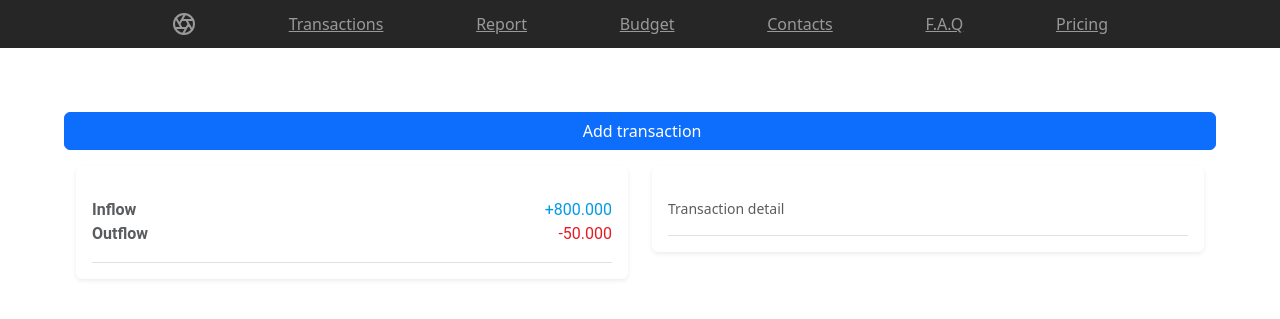
Repository: Nuriddinkhuja/budget-app-advanced
Page: index.html
These files come from the project's save history. The page is drawn as it stood at one moment and after the next save; the edit follows.
The browser window is 1280 px wide. The pictures show the whole page.
Some web libraries are served in a nearby version.

Above is the page before, as saved 2019-12-18 15:00:02.

### index.html
<html lang="en">
<head>
    <meta charset="UTF-8">
    <meta name="viewport" content="width=device-width, initial-scale=1.0">
    <meta http-equiv="X-UA-Compatible" content="ie=edge">
    <title>Document</title>
    <link rel="stylesheet" href="https://cdnjs.cloudflare.com/ajax/libs/font-awesome/4.7.0/css/font-awesome.min.css">
    <link rel="stylesheet" href="./node_modules/bootstrap/dist/css/bootstrap.min.css">
    <link rel="stylesheet" href="./css/style.css">
</head>
<body>
    <nav class="site-header sticky-top py-1">
        <div class="container d-flex flex-column flex-md-row justify-content-between">
            <a class="py-2" href="#" aria-label="Product">
            <svg xmlns="http://www.w3.org/2000/svg" width="24" height="24" fill="none" stroke="currentColor" stroke-linecap="round" stroke-linejoin="round" stroke-width="2" class="d-block mx-auto" role="img" viewBox="0 0 24 24" focusable="false"><title>Product</title><circle cx="12" cy="12" r="10"></circle><path d="M14.31 8l5.74 9.94M9.69 8h11.48M7.38 12l5.74-9.94M9.69 16L3.95 6.06M14.31 16H2.83m13.79-4l-5.74 9.94"></path></svg>
            </a>
            <a class="py-2 d-none d-md-inline-block" href="#">Transactions</a>
            <a class="py-2 d-none d-md-inline-block" href="#">Report</a>
            <a class="py-2 d-none d-md-inline-block" href="#">Budget</a>
            <a class="py-2 d-none d-md-inline-block" href="#">Contacts</a>
            <a class="py-2 d-none d-md-inline-block" href="#">F.A.Q</a>
            <a class="py-2 d-none d-md-inline-block" href="#">Pricing</a>
        </div>
    </nav>
    <div class="container-flow">
        <div class="row p-3 p-md-5 m-md-3">
            <button class="btn btn-primary"><i class="fa fa-add"></i> Add transaction</button>
            <div class="col-sm">
                <div class="my-3 p-3 bg-white rounded shadow-sm">
                    <div class="media text-muted pt-3">
                        <div class="media-body pb-3 mb-0 small lh-125 border-bottom border-gray">
                            <div class="d-flex justify-content-between align-items-center w-100">
                                <strong class="text-gray-dark inflow">Inflow</strong>
                                <span class="inflow-value">+800.000</span>
                            </div>
                            <div class="d-flex justify-content-between align-items-center w-100">
                                <strong class="text-gray-dark inflow">Outflow</strong>
                                <span class="outflow-value">-50.000</span>
                            </div>
                        </div>
                    </div>
                </div>
            </div>
            <div class="col-sm">
                <div class="my-3 p-3 bg-white rounded shadow-sm">
                    <div class="media text-muted pt-3">
                        <div class="media-body pb-3 mb-0 small lh-125 border-bottom border-gray">
                            Transaction detail
                        </div>
                    </div>
                </div>
            </div>
        </div>
    </div>

    <script src="./js/jquery.min.js"></script>
    <script src="./node_modules/popper.js/dist/popper.min.js"></script>
    <script src="./node_modules/bootstrap/dist/js/bootstrap.min.js"></script>
    <script src="./js/main.js"></script>
</body>
</html>

### css/style.css
.container {
    max-width: 960px;
  }

  /*
   * Custom translucent site header
   */

.inflow, .inflow-value {
    font-size: 16px;
    font-family: Roboto,sans-serif;
}

.inflow-value {
    color: #039be5;
}

.outflow-value {
    color: #e51c23;
    font-size: 16px;
    font-family: Roboto,sans-serif;
}

.site-header {
    background-color: rgba(0, 0, 0, .85);
    -webkit-backdrop-filter: saturate(180%) blur(20px);
    backdrop-filter: saturate(180%) blur(20px);
}
.site-header a {
    color: #999;
    transition: ease-in-out color .15s;
}

.site-header a:hover {
    color: #fff;
    text-decoration: none;
}

  /*
   * Dummy devices (replace them with your own or something else entirely!)
   */

.product-device {
    position: absolute;
    right: 10%;
    bottom: -30%;
    width: 300px;
    height: 540px;
    background-color: #333;
    border-radius: 21px;
    -webkit-transform: rotate(30deg);
    transform: rotate(30deg);
}

  .product-device::before {
    position: absolute;
    top: 10%;
    right: 10px;
    bottom: 10%;
    left: 10px;
    content: "";
    background-color: rgba(255, 255, 255, .1);
    border-radius: 5px;
  }

  .product-device-2 {
    top: -25%;
    right: auto;
    bottom: 0;
    left: 5%;
    background-color: #e5e5e5;
  }


  /*
   * Extra utilities
   */

  .flex-equal > * {
    -ms-flex: 1;
    flex: 1;
  }
  @media (min-width: 768px) {
    .flex-md-equal > * {
      -ms-flex: 1;
      flex: 1;
    }
  }

  .overflow-hidden { overflow: hidden; }

### js/main.js
var budgetController = (function(){
    //
})();

var UIController = (function() {
    //
})();


//Global app controller
var controller = (function(budgetCtrl, UICtrl){
    //

})(budgetController, UIController);

Loaded but not shown: js/jquery.min.js (library)

After the next save:
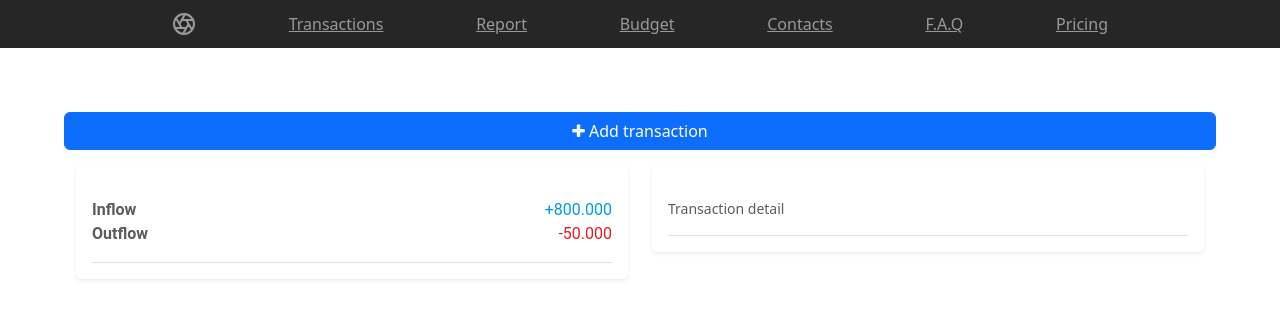
Saved 63 s later.
--- a/index.html
+++ b/index.html
@@ -24,7 +24,7 @@
     </nav>
     <div class="container-flow">
         <div class="row p-3 p-md-5 m-md-3">
-            <button class="btn btn-primary"><i class="fa fa-add"></i> Add transaction</button>
+            <button class="btn btn-primary"><i class="fa fa-plus"></i> Add transaction</button>
             <div class="col-sm">
                 <div class="my-3 p-3 bg-white rounded shadow-sm">
                     <div class="media text-muted pt-3">
